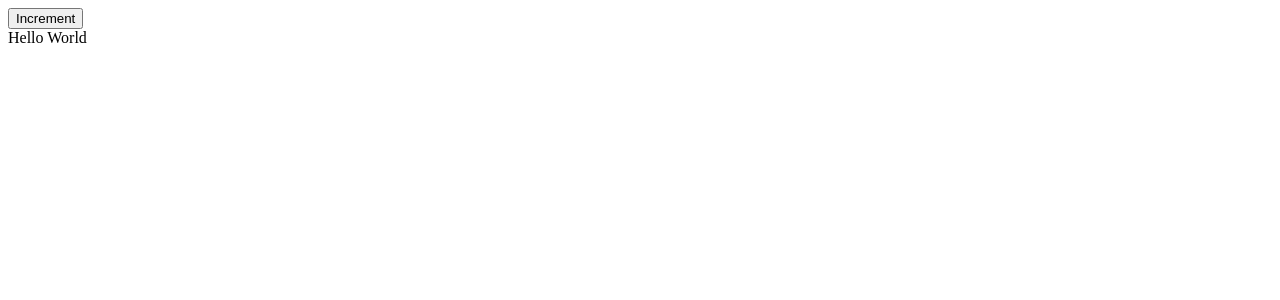
Repository: SukhrajSinghMatharu/node-chat-basic
Page: views/index.html
An editor plug-in stored every save of this project. The page is shown before and after the next save, followed by the edit.
The browser window is 1280 px wide. The pictures show the whole page.
After loading, the first visible `button` was clicked once.
The page's requests for data from a server got no answer. Some web libraries are served in a nearby version.

Above is the page before, as saved 2020-12-21 12:14:01.
Console error: TypeError: Cannot read properties of null (reading 'addEventListner')

### views/index.html
<html>
    <script src="https://cdnjs.cloudflare.com/ajax/libs/socket.io/3.0.4/socket.io.js" integrity="sha512-aMGMvNYu8Ue4G+fHa359jcPb1u+ytAF+P2SCb+PxrjCdO3n3ZTxJ30zuH39rimUggmTwmh2u7wvQsDTHESnmfQ==" crossorigin="anonymous"></script>

<body>
    <button onclick="myFunction()">Increment</button>
    <div id="demo"></div>
    <script>
        var count = 0;
    const socket = io();
    socket.on('updatecount',(data)=>{console.log(count) });// adding click event on button
    function myFunction() {
        socket.emit('increment',count)
        document.getElementById("demo").innerHTML = "Hello World";
    }
    document.querySelector('#inc').addEventListner('click', () => {
        socket.emit('increment')// Sending increment event to server
    });
    </script>
</body >
<html>

After the next save:
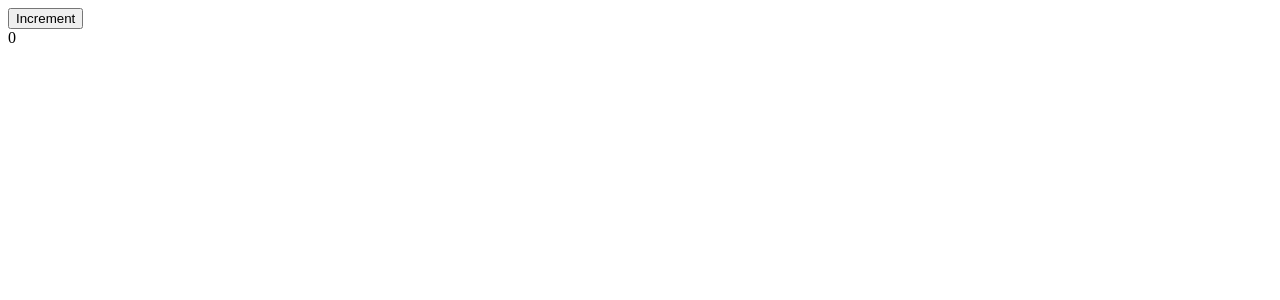
Saved 38 s later.
--- a/views/index.html
+++ b/views/index.html
@@ -7,10 +7,13 @@
     <script>
         var count = 0;
     const socket = io();
-    socket.on('updatecount',(data)=>{console.log(count) });// adding click event on button
+    socket.on('updatecount',(data)=>{
+        console.log(data)
+        document.getElementById("demo").innerHTML = data;
+    });// adding click event on button
     function myFunction() {
         socket.emit('increment',count)
-        document.getElementById("demo").innerHTML = "Hello World";
+        document.getElementById("demo").innerHTML = count;
     }
     document.querySelector('#inc').addEventListner('click', () => {
         socket.emit('increment')// Sending increment event to server
